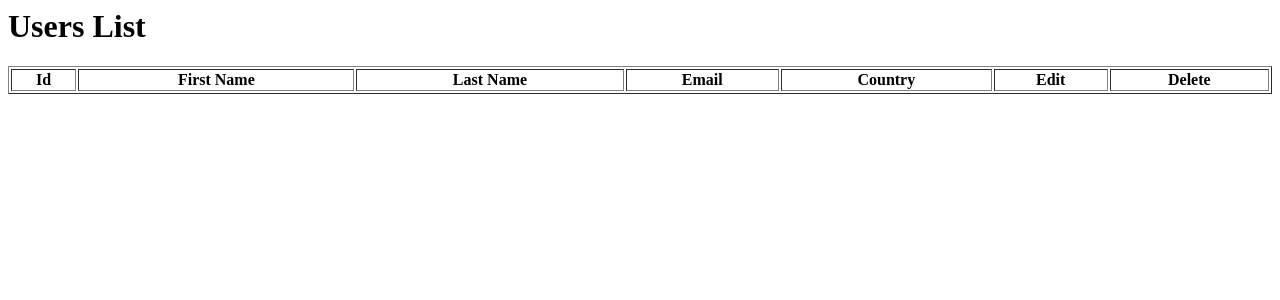
Repository: Muhairiz/Web
Page: http://localhost/E-Libraries/ViewUser
These files come from the project's save history. The page is drawn as it stood at one moment and after the next save; the edit follows.
The browser window is 1280 px wide. The pictures show the whole page.
The page is served by Tomcat 9. Queries for data that is not in the repository find no rows.

Above is the page before, as saved 2020-08-07 09:30:10.

After the next save:
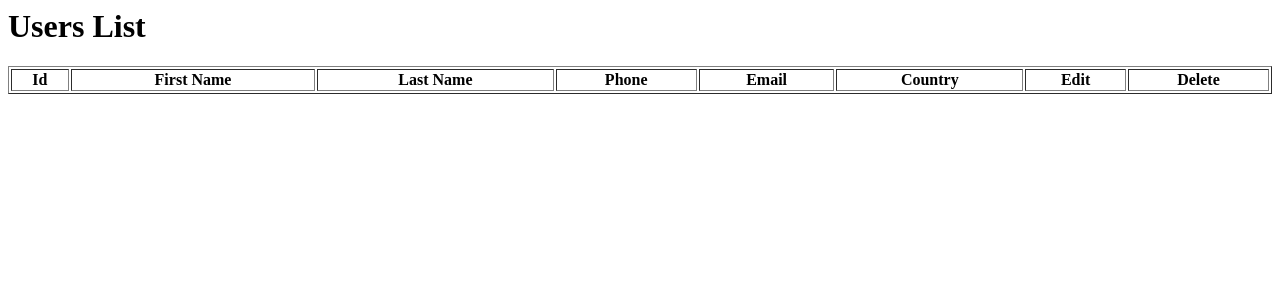
Saved 2 min 57 s later.
--- a/E-Libraries/src/ViewUser.java
+++ b/E-Libraries/src/ViewUser.java
@@ -39,9 +39,9 @@ public class ViewUser extends HttpServlet {
         List<Users> list=UsersDao.getAllUsers();
 
         out.print("<table border='1' width='100%'");
-        out.print("<tr><th>Id</th><th>First Name</th><th>Last Name</th><th>Email</th><th>Country</th> <th>Edit</th><th>Delete</th></tr>");
+        out.print("<tr><th>Id</th><th>First Name</th><th>Last Name</th><th>Phone</th><th>Email</th><th>Country</th> <th>Edit</th><th>Delete</th></tr>");
         for(Users u:list){
-            out.print("<tr><td>"+u.getId()+"</td><td>"+u.getFirstname()+"</td><td>"+u.getLastname()+"</td><td>"+u.getEmail()+"</td><td>"+u.getAddress()+"</td><td><a href='EditServlet?id="+u.getId()+"'>edit</a></td><td><a href='DeleteServlet?id="+u.getId()+"'>delete</a</td></tr>");
+            out.print("<tr><td>"+u.getId()+"</td><td>"+u.getFirstname()+"</td><td>"+u.getLastname()+"</td><td>"+u.getPhone()+"</td><td>"+u.getEmail()+"</td><td>"+u.getAddress()+"</td><td><a href='EditServlet?id="+u.getId()+"'>edit</a></td><td><a href='DeleteServlet?id="+u.getId()+"'>delete</a</td></tr>");
         }
         out.print("</table>");
 
